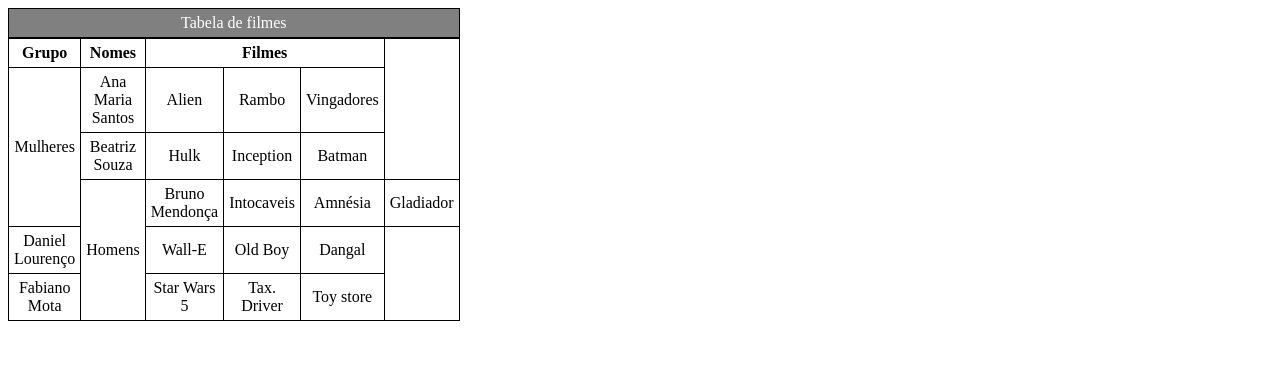
Repository: Lucianorodriguesdev/cursoHTML-CSS
Page: ex023/tabelas/index.html
An editor plug-in stored every save of this project. The page is shown before and after the next save, followed by the edit.
The browser window is 1280 px wide. The pictures show the whole page.

Above is the page before, as saved 2026-06-23 22:05:09.

After the next save:
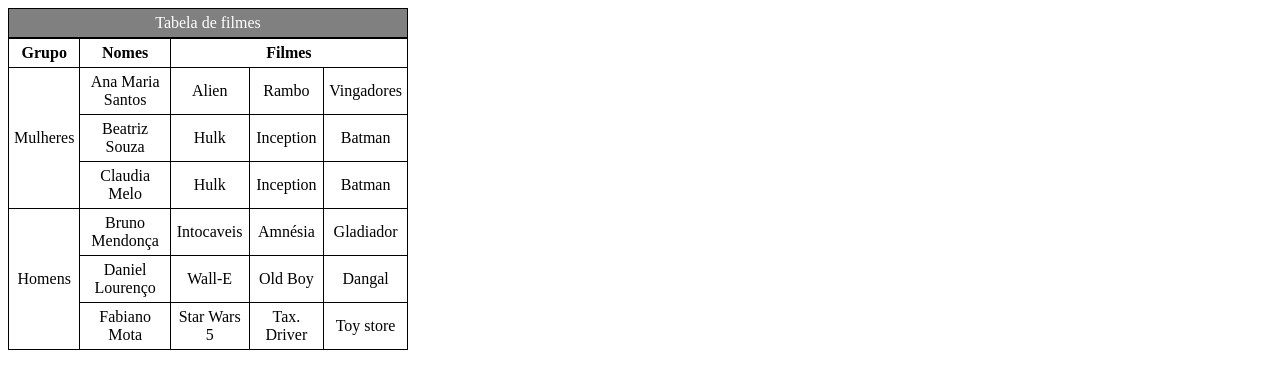
Saved 81 s later.
--- a/ex023/tabelas/index.html
+++ b/ex023/tabelas/index.html
@@ -51,6 +51,12 @@
                 <td>Batman</td>
             </tr>
             <tr>
+                <td>Claudia Melo </td>
+                <td>Hulk</td>
+                <td>Inception</td>
+                <td>Batman</td>
+            </tr>
+            <tr>
                 <td rowspan="3">Homens</td>
                 <td>Bruno Mendonça</td>
                 <td>Intocaveis</td>
